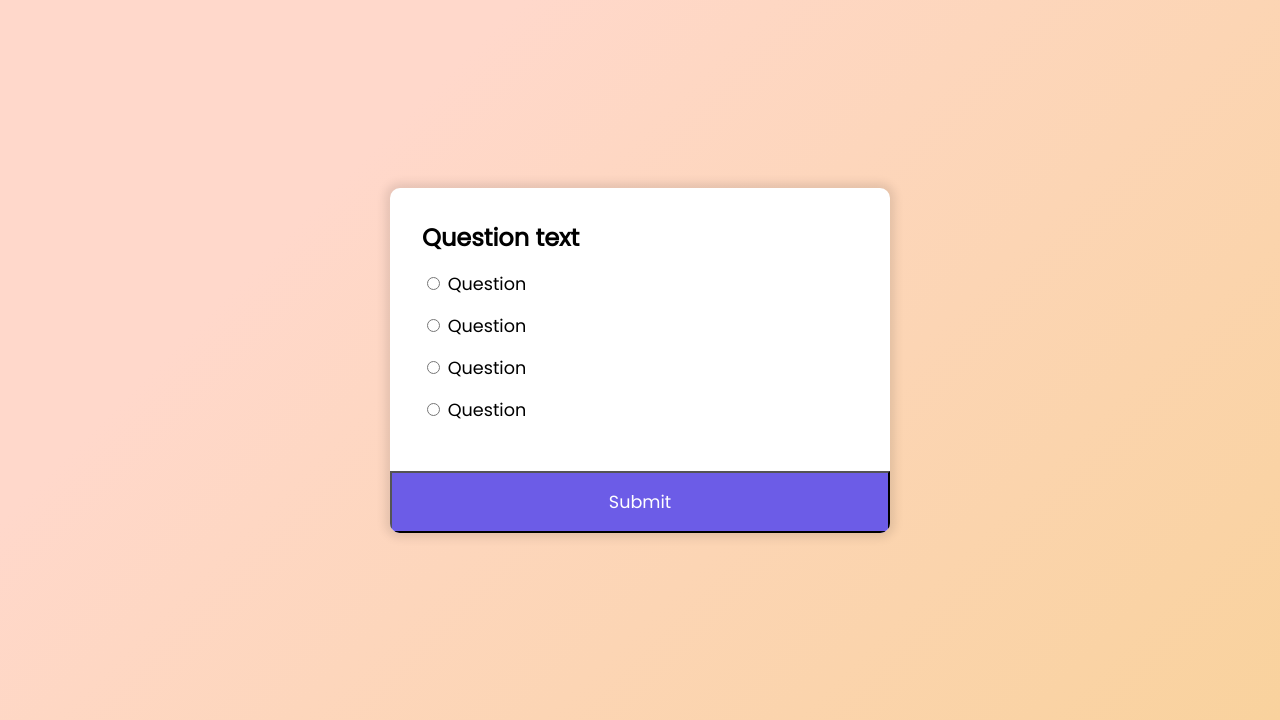
Repository: PratypartyY2K/JavaScript-Projects
Page: Quiz-App/index.html
These files come from the project's save history. The page is drawn as it stood at one moment and after the next save; the edit follows.
The browser window is 1280 px wide. The pictures show the whole page.

Above is the page before, as saved 2021-07-04 09:36:38.
Console error: ReferenceError: currentQuiz is not defined

### Quiz-App/index.html
<!DOCTYPE html>
<html lang="en">

<head>
    <meta charset="UTF-8">
    <meta http-equiv="X-UA-Compatible" content="IE=edge">
    <meta name="viewport" content="width=device-width, initial-scale=1.0">
    <title>Quiz App</title>
    <link rel="stylesheet" href="styles.css">
    <script src="script.js" defer></script>
</head>

<body>
    <div class="quiz-container" id="quiz">
        <div class="quiz-header">
            <h2 id="question">Question text</h2>
            <ul>
                <li>
                    <input type="radio" id="a" name="answer" class="answer" />
                    <label id="a_text" for="a">Question</label>
                </li>
                <li>
                    <input type="radio" id="b" name="answer" class="answer" />
                    <label id="b_text" for="b">Question</label>
                </li>
                <li>
                    <input type="radio" id="c" name="answer" class="answer" />
                    <label id="c_text" for="c">Question</label>
                </li>
                <li>
                    <input type="radio" id="d" name="answer" class="answer" />
                    <label id="d_text" for="d">Question</label>
                </li>
            </ul>
        </div>
        <button id="submit">Submit</button>
    </div>
</body>
</html>

### Quiz-App/styles.css
@import url('https://fonts.googleapis.com/css2?family=Poppins&display=swap');

* {
    box-sizing: border-box;
}

body {
    margin: 0;
    background-color: #f9d29d;
    background-image: linear-gradient(315deg, #f9d29d 0%, #ffd8cb 74%);
    display: flex;
    justify-content: center;
    align-items: center;
    min-height: 100vh;
    font-family: "Poppins", sans-serif;
}

.quiz-container {
    background-color: #fff;
    border-radius: 10px;
    box-shadow: 0 0 10px 5px rgba(0,0,0,0.1);
    width: 500px;
    max-width: 100%;
    overflow: hidden;
}

.quiz-header {
    padding: 2rem;
}

h2 {
    margin: 0;
}

ul {
    list-style-type: none;
    padding: 0;
}

ul li {
    font-size: 1.1rem;
    margin: 1rem 0;
}

button {
    background-color: #6c5ce7;
    display: block;
    color: white;
    font-family: inherit;
    font-size: 1.1rem;
    width: 100%;
    padding: 1rem;
    cursor: pointer;
}

button:hover {
    background-color: #4630e7;
}

### Quiz-App/script.js
const quizData = [
  {
    question: "What is 10 + 4?",
    a: "12",
    b: "14",
    c: "16",
    d: "140",
    correct: "c",
  },
  {
    question: "What is 20 - 9?",
    a: "7",
    b: "13",
    c: "11",
    d: "29",
    correct: "c",
  },
  {
    question: "What is 7 x 3?",
    a: "21",
    b: "24",
    c: "25",
    d: "20",
    correct: "a",
  },
  {
    question: "What is 8 / 2?",
    a: "10",
    b: "2",
    c: "4",
    d: "6",
    correct: "c",
  },
  {
    question: "What is 8 ^ 2?",
    a: "8",
    b: "2",
    c: "64",
    d: "16",
    correct: "c",
  },
];

const questionEl = document.getElementById('question');
const a_text = document.getElementById('a_text');
const b_text = document.getElementById('b_text');
const c_text = document.getElementById('c_text');
const d_text = document.getElementById('d_text');

let currentQuestion = 0;

loadQuiz();

function loadQuiz() {

  const currentQuizData = quizData[currentQuiz];

  questionEl.innerText = currentQuestion.question;

  a_text.innerText = currentQuizData.a;
  b_text.innerText = currentQuizData.b;
  c_text.innerText = currentQuizData.c;
  d_text.innerText = currentQuizData.d;


  currentQuestion++;
}

After the next save:
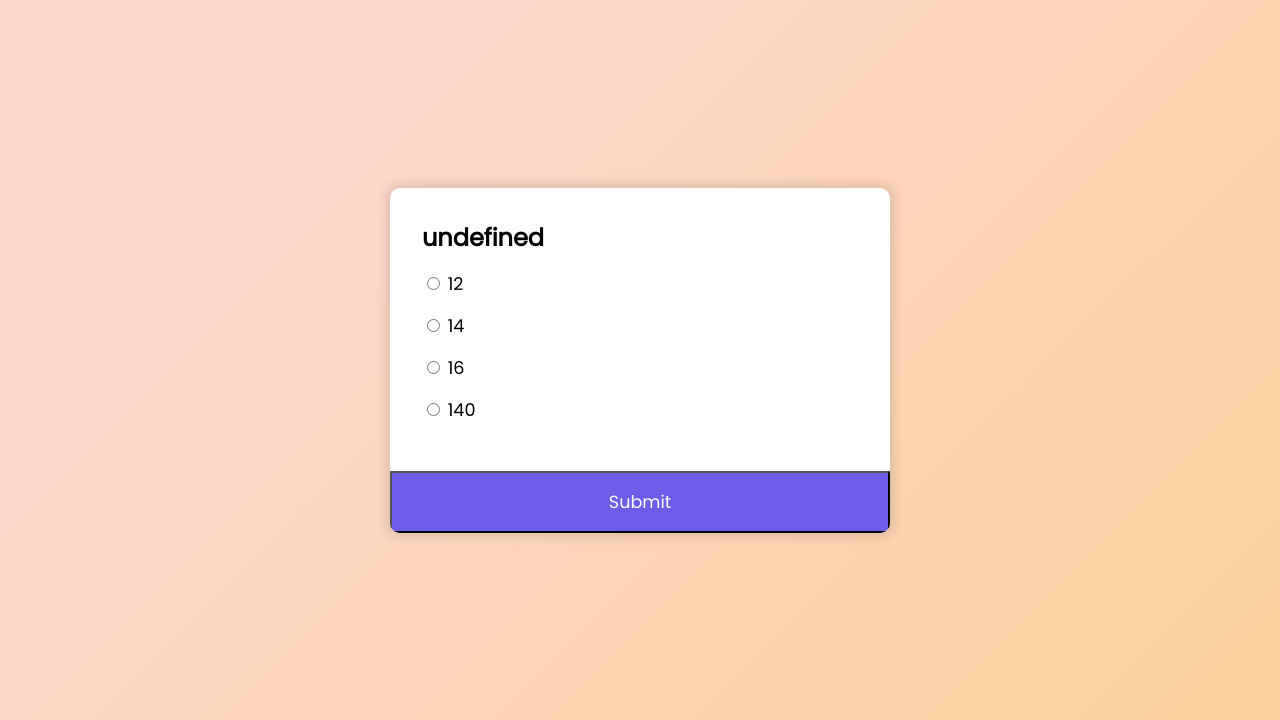
The error is gone.
Saved 28 s later.
--- a/Quiz-App/script.js
+++ b/Quiz-App/script.js
@@ -53,7 +53,7 @@ loadQuiz();
 
 function loadQuiz() {
 
-  const currentQuizData = quizData[currentQuiz];
+  const currentQuizData = quizData[currentQuestion];
 
   questionEl.innerText = currentQuestion.question;
 
